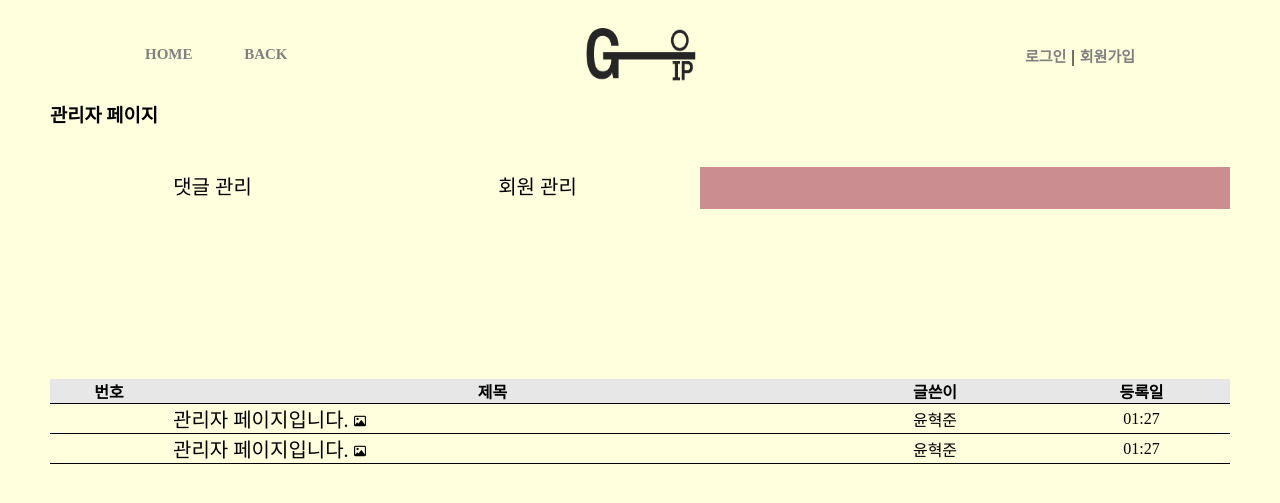
Repository: pauljerricho/MES
Page: http://localhost/SpringBoard/WEB-INF/views/admin.jsp
The author's editor kept a copy of each file at every save. The page is drawn from the files as they stood at one save, then again after the next save.
The browser window is 1280 px wide. The pictures show the whole page.
The page is served by Tomcat 9. Nobody is signed in. The template is opened directly, without the code that normally fills it, so the values that code supplies are empty.

Above is the page before, as saved 2022-03-14 03:09:24.

After the next save:
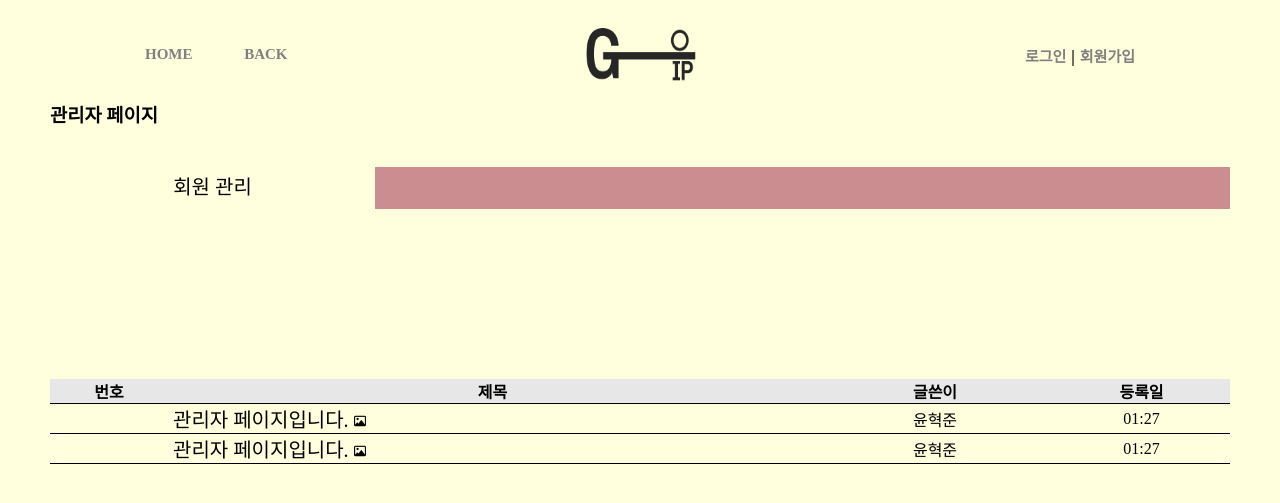
Saved 28 s later.
--- a/gozip/SpringBoard/src/main/webapp/WEB-INF/views/admin.jsp
+++ b/gozip/SpringBoard/src/main/webapp/WEB-INF/views/admin.jsp
@@ -105,7 +105,6 @@
 		<section class=commu-content>
 			<nav id="commu-nav">
 				<ul>
-					<li><a class="comment" href="comment_page.do">댓글 관리</a>
 					<li><a class="member" href="member_page.do">회원 관리</a>
 				</ul>
 			</nav>
